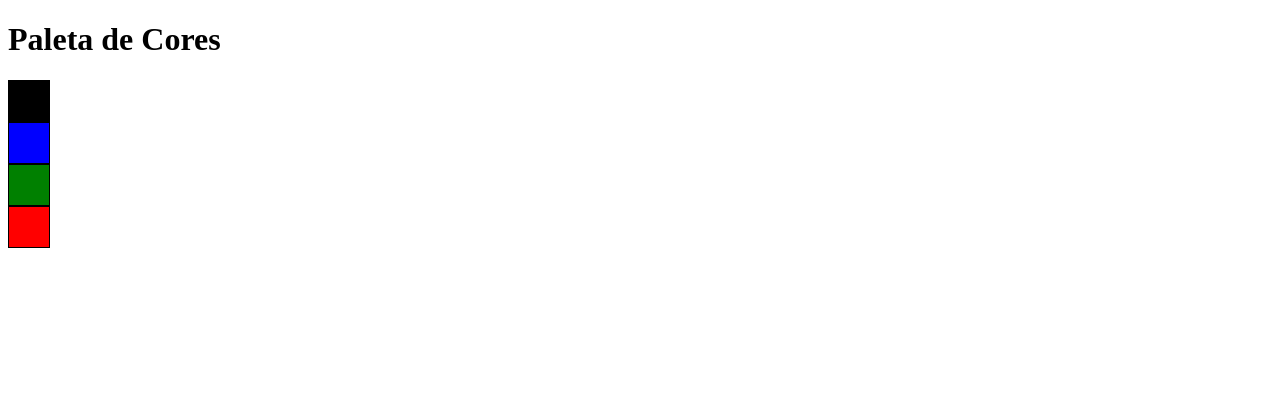
Repository: MuriloColleti/project-Pixer-Art
Page: index.html
These files come from the project's save history. The page is drawn as it stood at one moment and after the next save; the edit follows.
The browser window is 1280 px wide. The pictures show the whole page.

Above is the page before, as saved 2024-02-05 16:16:24.

After the next save:
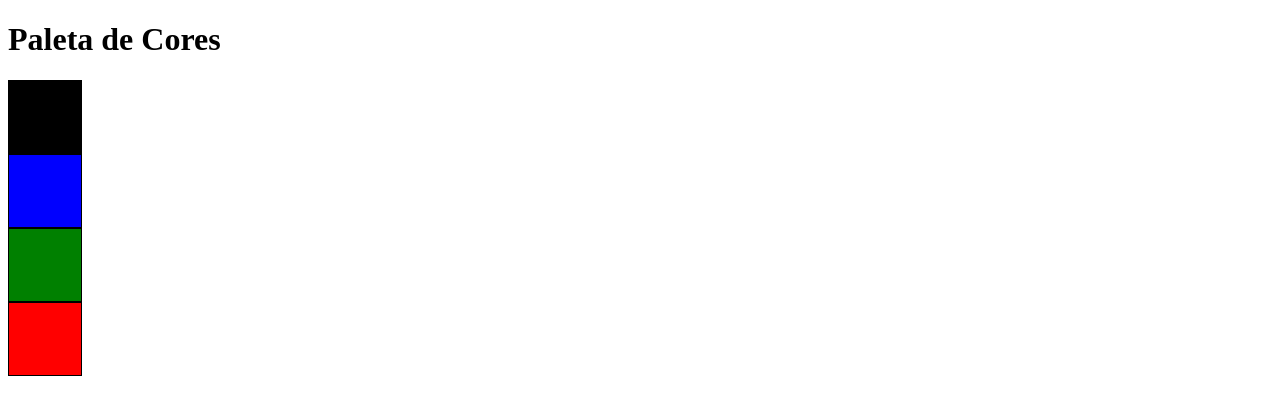
Saved 28 s later.
--- a/style.css
+++ b/style.css
@@ -18,4 +18,5 @@
     width: 40px;
     height: 40px;
     border: 1px solid black;
+    padding: 1rem;
 }
